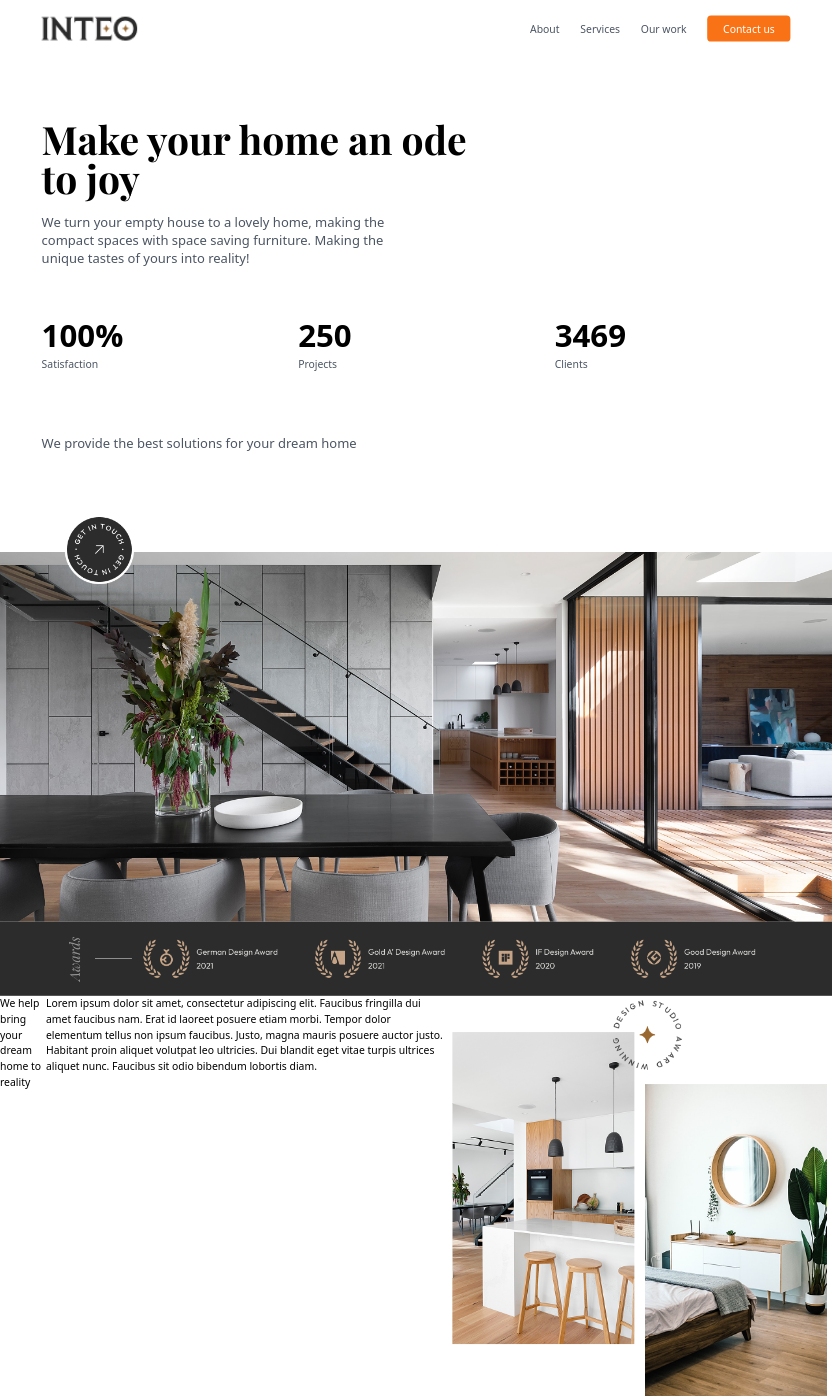
Repository: CatherinneJ/responsive-tailwind-website
Page: tailwind.html
These files come from the project's save history. The page is drawn as it stood at one moment and after the next save; the edit follows.
The browser window is 1280 px wide. The pictures show the whole page, at 65% of full size.
Some web libraries are served in a nearby version.

Above is the page before, as saved 2025-05-20 17:58:47.

### tailwind.html
<!DOCTYPE html>
<html lang="en">
<head>
    <meta charset="UTF-8">
    <meta name="viewport" content="width=device-width, initial-scale=1.0">
    <title>NTEO - Make your home an ode to joy</title>
    <script src="https://cdn.tailwindcss.com"></script>
    <link href="https://fonts.googleapis.com/css2?family=Playfair+Display:wght@400;700&display=swap" rel="stylesheet">
    <style>
        .font-playfair {
            font-family: 'Playfair Display', serif;
        }
    </style>
</head>
<body class="bg-white">
    <header class="py-6 px-8 lg:px-16">
        <nav class="flex justify-between items-center">
            <img src="./Assets/Logo.png" alt="logo" class="h-10">
            <ul class="flex space-x-8 items-center">
                <li class="text-gray-600 hover:text-black">About</li>
                <li class="text-gray-600 hover:text-black">Services</li>
                <li class="text-gray-600 hover:text-black">Our work</li>
                <li class="bg-orange-500 text-white px-6 py-2 rounded-md hover:bg-orange-600">Contact us</li>
            </ul>
        </nav>
    </header>

    <section class="px-8 lg:px-16 py-12 md:py-24">
        <h1 class="text-4xl md:text-5xl lg:text-6xl font-bold font-playfair mb-6 max-w-2xl text center" >
            Make your home an ode to joy
        </h1>

        <p class="text-lg md:text-xl text-gray-600 mb-12 md:mb-20 max-w-xl">
            We turn your empty house to a lovely home, making the compact spaces with space saving furniture. Making the unique tastes of yours into reality!
        </p>

        <div class="grid grid-cols-1 md:grid-cols-3 gap-8 mb-16 md:mb-24">
            <div>
                <p class="text-4xl md:text-5xl font-bold mb-2">100%</p>
                <p class="text-gray-600">Satisfaction</p>
            </div>
            <div>
                <p class="text-4xl md:text-5xl font-bold mb-2">250</p>
                <p class="text-gray-600">Projects</p>
            </div>
            <div>
                <p class="text-4xl md:text-5xl font-bold mb-2">3469</p>
                <p class="text-gray-600">Clients</p>
            </div>
        </div>

        <p class="text-lg md:text-xl text-gray-600 max-w-xl">
            We provide the best solutions for your dream home
        </p>
    </section>
    <section>
        <img src="./Assets/Creative.png" class="w-full" alt="background1">
    </section>
    <section id="awards">
        <img src="./Assets/Awards.png" class="w-full" alt="background1" alt="award">
    </section>

    <section class="flex">
        <h2>
            <p>
                We help bring your dream home to reality
            </p>
        </h2>
        <p>
            Lorem ipsum dolor sit amet, consectetur adipiscing elit. Faucibus fringilla dui amet faucibus nam. Erat id laoreet posuere etiam morbi. Tempor dolor elementum tellus non ipsum faucibus. Justo, magna mauris posuere auctor justo. Habitant proin aliquet volutpat leo ultricies. Dui blandit eget vitae turpis ultrices aliquet nunc. Faucibus sit odio bibendum lobortis diam.
        </p>
        <img src="./Assets/Section.png" alt="section2">
    </section>
</body>
</html>

After the next save:
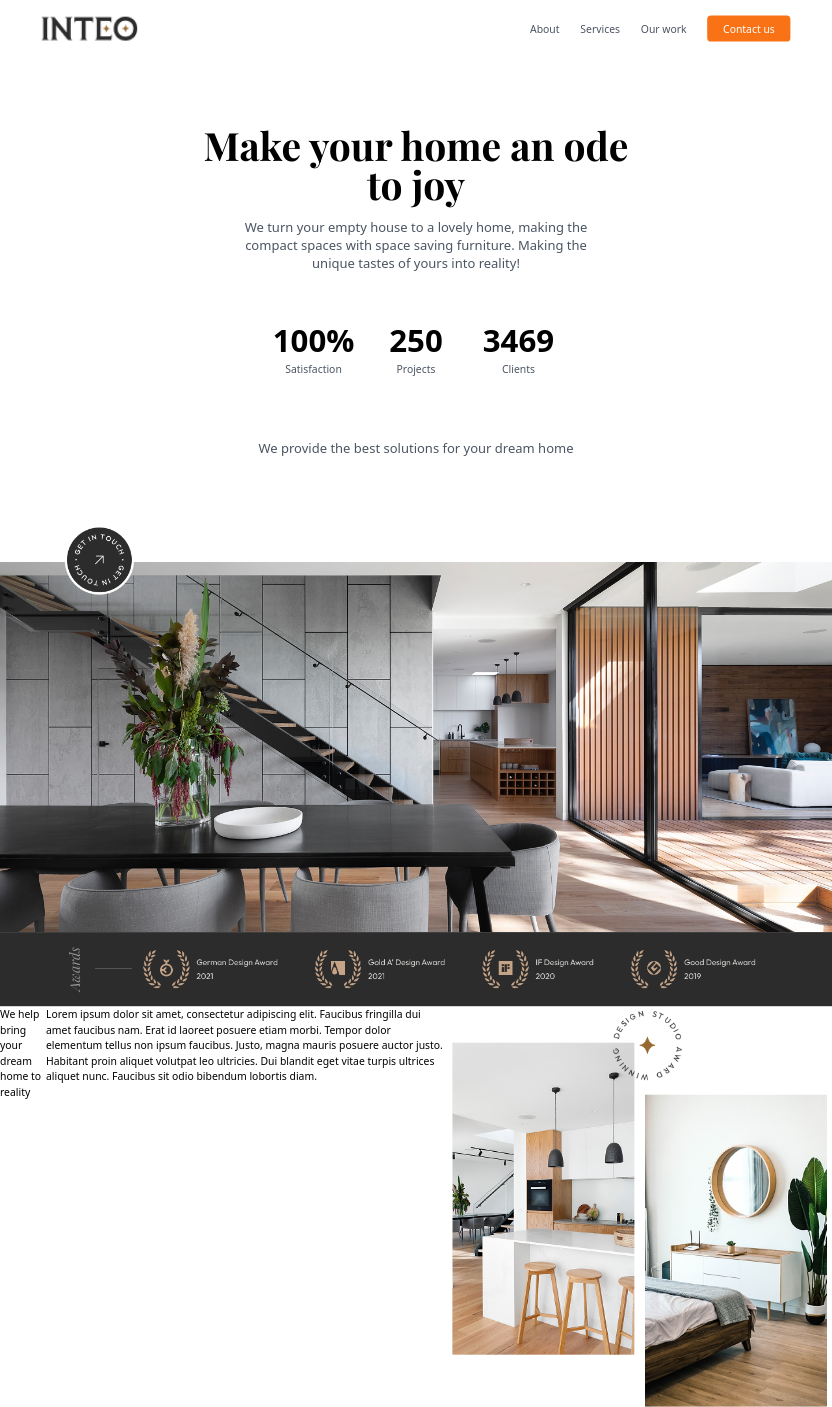
Saved 65 s later.
--- a/tailwind.html
+++ b/tailwind.html
@@ -25,7 +25,7 @@
         </nav>
     </header>
 
-    <section class="px-8 lg:px-16 py-12 md:py-24">
+   <section class="flex flex-col items-center justify-center px-8 lg:px-16 py-12 md:py-24 min-h-screen text-center">
         <h1 class="text-4xl md:text-5xl lg:text-6xl font-bold font-playfair mb-6 max-w-2xl text center" >
             Make your home an ode to joy
         </h1>
